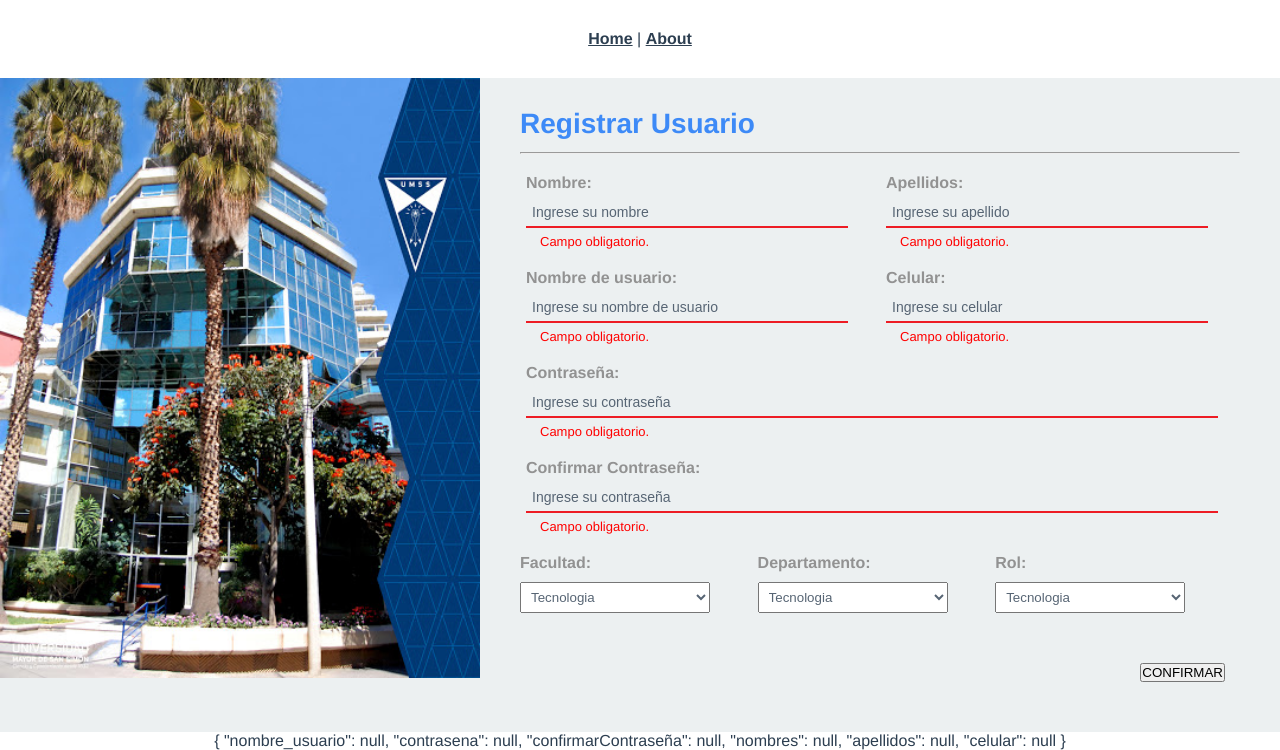
Repository: BritanyTorrico/front-cotizaciones
Page: /register
The author's editor kept a copy of each file at every save. The page is drawn from the files as they stood at one save, then again after the next save.
The browser window is 1280 px wide. The pictures show the whole page.
The project was rebuilt for these pictures with package versions that can differ from the ones it lists, and the page was loaded fresh each time. Also part of the build but not shown: vue.config.js, src/components/HelloWorld.vue, src/views/Home.vue.

Above is the page before, as saved 2021-04-22 01:09:15.

After the next save:
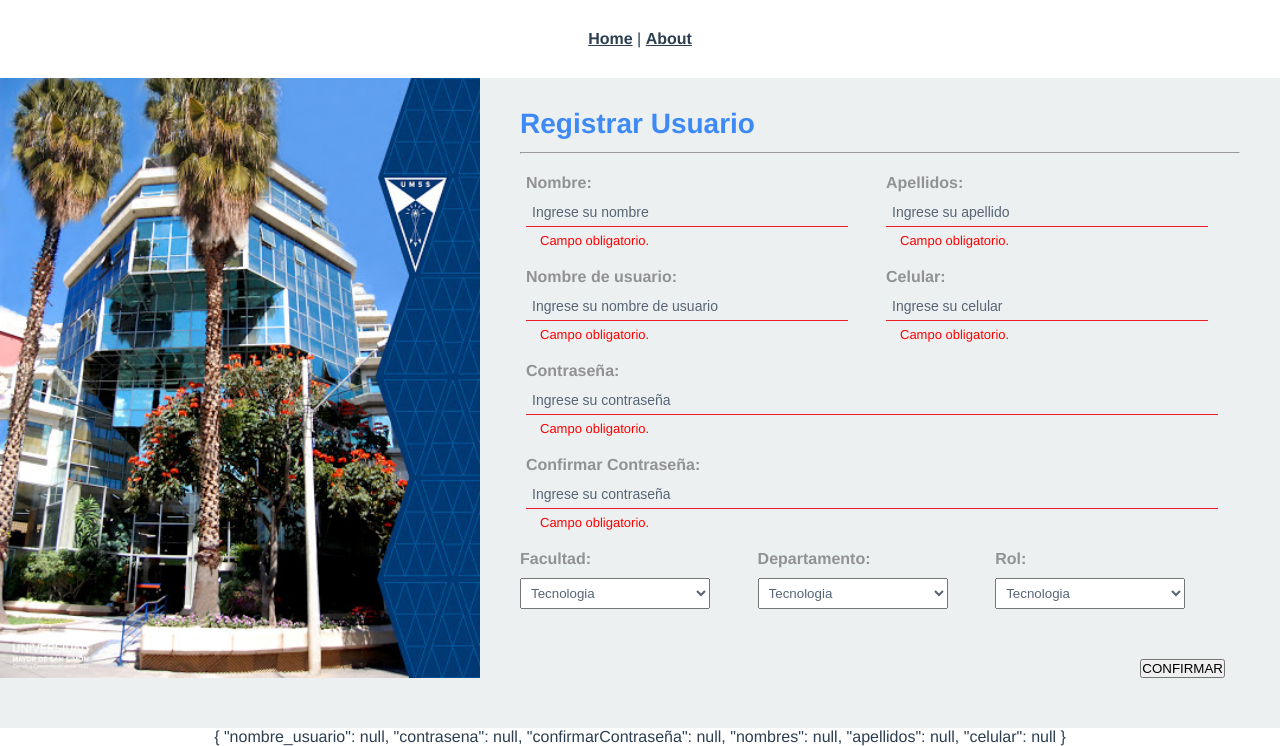
Saved 32 s later.
--- a/src/components/User/RegisterUser.vue
+++ b/src/components/User/RegisterUser.vue
@@ -263,7 +263,7 @@
   padding: 6px;
   margin: 6px 6px;
   border: none;
-  border-bottom: 2px solid #ed1c24;
+  border-bottom: 1px solid #ed1c24;
   background-color: transparent;
   color: black;
   font-size: 14px;

After the 2 saves that followed:
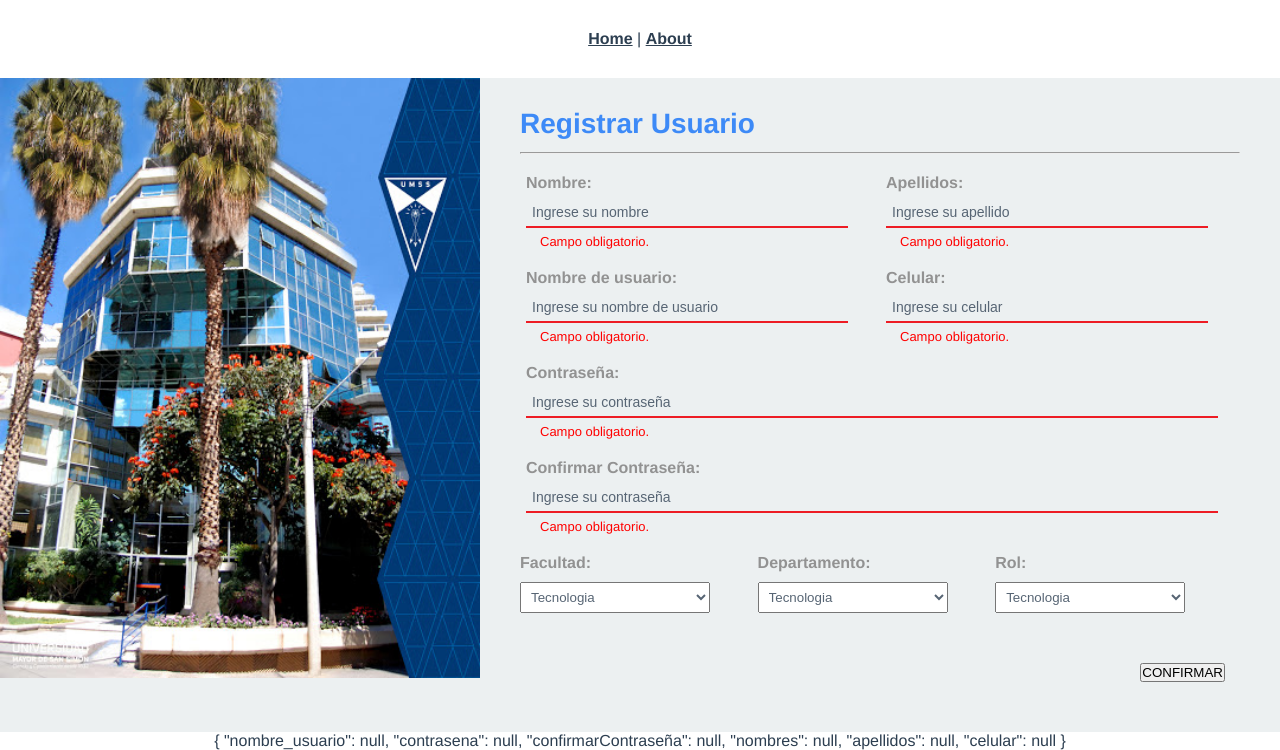
The 2 saves are shown as one change because 1 left the picture as it was.
The last was saved 45 s later.
--- a/src/components/User/RegisterUser.vue
+++ b/src/components/User/RegisterUser.vue
@@ -263,7 +263,7 @@
   padding: 6px;
   margin: 6px 6px;
   border: none;
-  border-bottom: 1px solid #ed1c24;
+  border-bottom: 2px solid #ed1c24;
   background-color: transparent;
   color: black;
   font-size: 14px;
